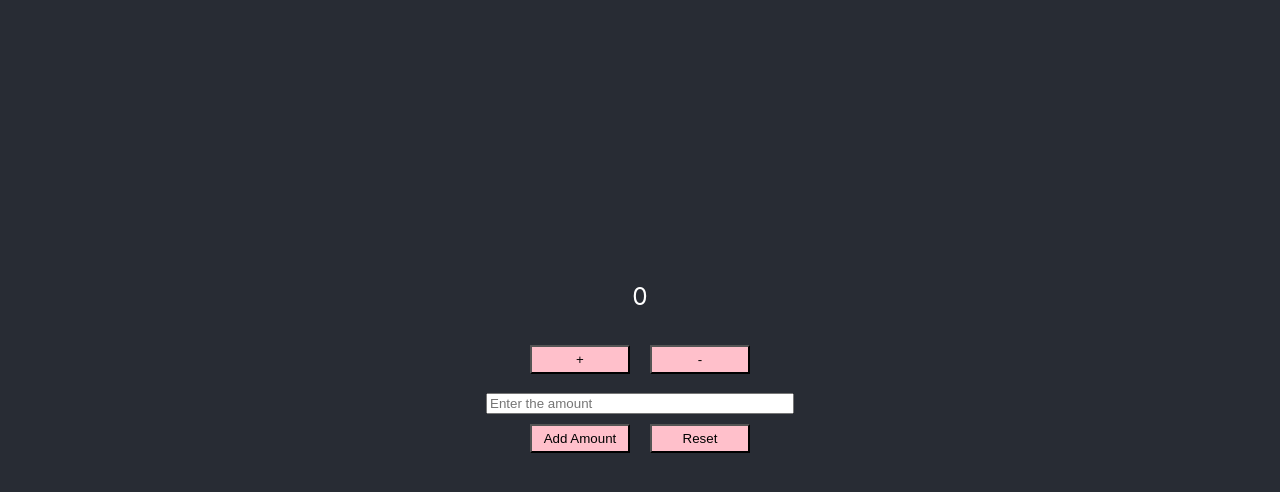
Repository: mahsa199170/React-Redux-Projects
Page: / (app in counter-app-redux-toolkit/)
An editor plug-in stored every save of this project. The page is shown before and after a run of saves, followed by the edit.
The browser window is 1280 px wide. The pictures show the whole page.
The project was rebuilt for these pictures with package versions that can differ from the ones it lists, and the page was loaded fresh each time.

Above is the page before, as saved 2024-10-28 15:17:54.

### counter-app-redux-toolkit/src/index.js
import React from 'react';
import ReactDOM from 'react-dom/client';
import './index.css';
import App from './App';
import { Provider } from 'react-redux';
import store from './store';

const root = ReactDOM.createRoot(document.getElementById('root'));
root.render(
  <React.StrictMode>
    <Provider store={store}>
      <App />
    </Provider>
  </React.StrictMode>
);

### counter-app-redux-toolkit/src/App.js
import './App.css';
import Counter from './components/counter/Counter';

function App() {
  return (
    <div className="App">
      <header className="App-header">
        <Counter />
      </header>
    </div>
  );
}

export default App;

### counter-app-redux-toolkit/src/store.js
import { configureStore, combineReducers } from '@reduxjs/toolkit';
import countReducer from './slice/counterSlice';

const rootReducer = combineReducers({
  counter: countReducer,
});

const store = configureStore({
  reducer: rootReducer,
});

export default store;

### counter-app-redux-toolkit/src/components/counter/Counter.js
import React, { useState } from 'react';
import { useDispatch, useSelector } from 'react-redux';
import {
  countSelector,
  DECREMENT_BY_ONE,
  INCREMENET_BY_ONE,
  INCREMENT_BY_AN_AMOUNT,
  RESET_AMOUNT,
} from '../../slice/counterSlice';
import './Counter.scss';

const Counter = () => {
  const [inputNumber, setInputNumber] = useState('');
  const number = useSelector(countSelector);

  const dispatch = useDispatch();

  //   const addValue = Number(inputNumber) || 0;

  const handleIncrement = () => {
    dispatch(INCREMENET_BY_ONE());
  };
  const handleDecrement = () => {
    dispatch(DECREMENT_BY_ONE());
  };

  const addAmount = () => {
    dispatch(INCREMENT_BY_AN_AMOUNT(Number(inputNumber) || 0));
    setInputNumber('');
  };

  const handleReset = () => {
    setInputNumber('');
    dispatch(RESET_AMOUNT());
  };

  return (
    <section>
      <p>{number}</p>
      <div>
        <button className="btn" onClick={handleIncrement}>
          +
        </button>
        <button onClick={handleDecrement}>-</button>
      </div>
      <div>
        <input
          type="text"
          placeholder="Enter the amount"
          value={inputNumber}
          onChange={(e) => setInputNumber(e.target.value)}
        />
      </div>
      <div>
        <button onClick={addAmount}>Add Amount</button>
        <button onClick={handleReset}>Reset </button>
      </div>
    </section>
  );
};

export default Counter;

### counter-app-redux-toolkit/src/slice/counterSlice.js
import { createSlice } from '@reduxjs/toolkit';

const initialState = {
  count: 0,
};

const counterSlice = createSlice({
  name: 'counter',
  initialState,
  reducers: {
    INCREMENET_BY_ONE: (state, action) => {
      state.count += 1;
    },
    DECREMENT_BY_ONE: (state, action) => {
      state.count -= 1;
    },
    INCREMENT_BY_AN_AMOUNT: (state, action) => {
      state.count += action.payload;
    },
    RESET_AMOUNT: (state, action) => {
      state.count = 0;
    },
  },
});

export const countSelector = (state) => state.counter.count;
export const {
  INCREMENET_BY_ONE,
  DECREMENT_BY_ONE,
  INCREMENT_BY_AN_AMOUNT,
  RESET_AMOUNT,
} = counterSlice.actions;

export default counterSlice.reducer;

### counter-app-redux-toolkit/src/components/counter/Counter.scss
button {
  background-color: pink;
  padding: 5px;
  margin: 10px;
  width: 100px;
}

input {
  width: 300px;
}

Loaded but not shown: counter-app-redux-toolkit/public/index.html (common file); counter-app-redux-toolkit/src/index.css (common file); counter-app-redux-toolkit/src/App.css (common file)

After the next 3 saves:
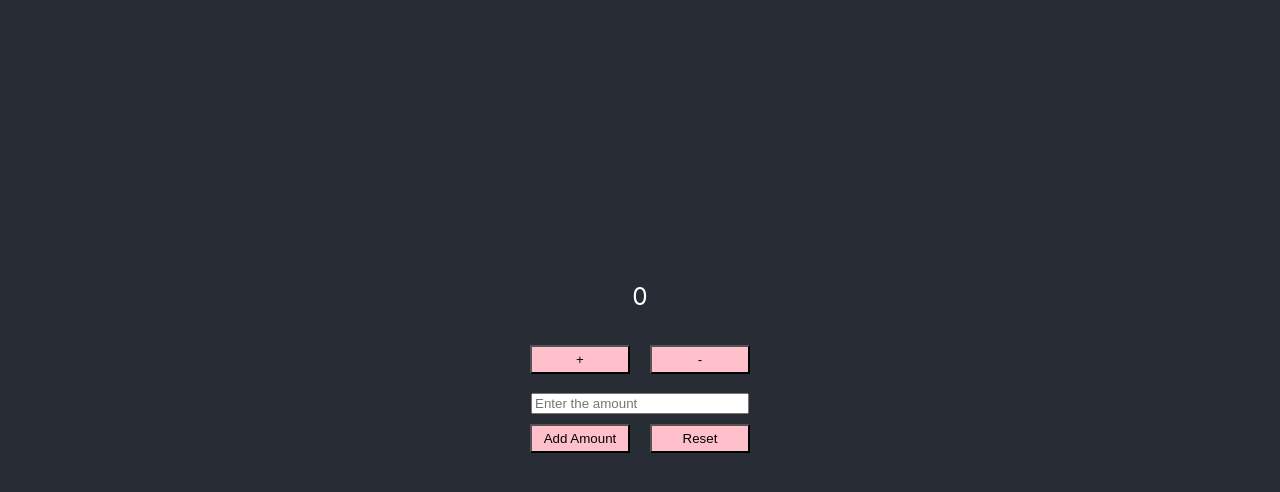
The 3 saves are shown as one change because they came seconds apart.
The last was saved 10 s later.
--- a/counter-app-redux-toolkit/src/components/counter/Counter.scss
+++ b/counter-app-redux-toolkit/src/components/counter/Counter.scss
@@ -6,5 +6,5 @@ button {
 }
 
 input {
-  width: 300px;
+  width: 210px;
 }
